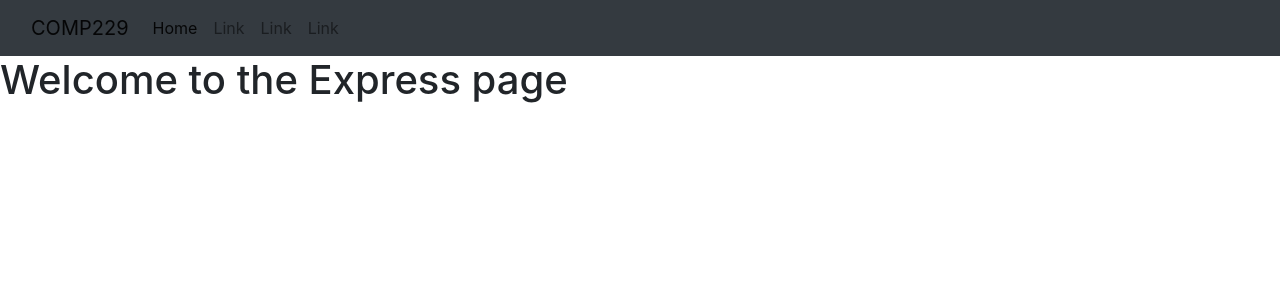
Repository: arsh16/week3_demo2
Page: http://localhost/
These files come from the project's save history. The page is drawn as it stood at one moment and after the next save; the edit follows.
The browser window is 1280 px wide. The pictures show the whole page.
Some web libraries are served in a nearby version. The page is served by the project's Node server (server.js).

Above is the page before, as saved 2021-09-30 11:16:24.

After the next save:
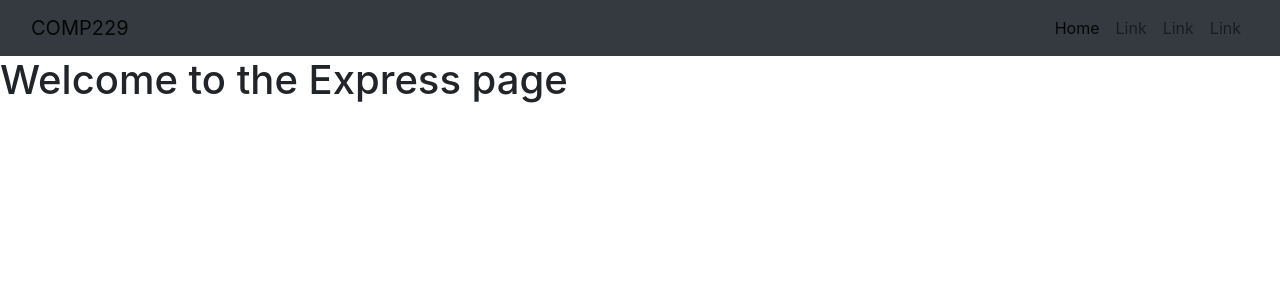
Saved 82 s later.
--- a/views/index.ejs
+++ b/views/index.ejs
@@ -30,8 +30,9 @@
       <button class="navbar-toggler" type="button" data-bs-toggle="collapse" data-bs-target="#navbarSupportedContent" aria-controls="navbarSupportedContent" aria-expanded="false" aria-label="Toggle navigation">
         <span class="navbar-toggler-icon"></span>
       </button>
+
       <div class="collapse navbar-collapse" id="navbarSupportedContent">
-        <ul class="navbar-nav me-auto mb-2 mb-lg-0">
+        <ul class="navbar-nav ml-auto mb-2 mb-lg-0">
 
           <li class="nav-item">
             <a class="nav-link active" aria-current="page" href="#">Home</a>
